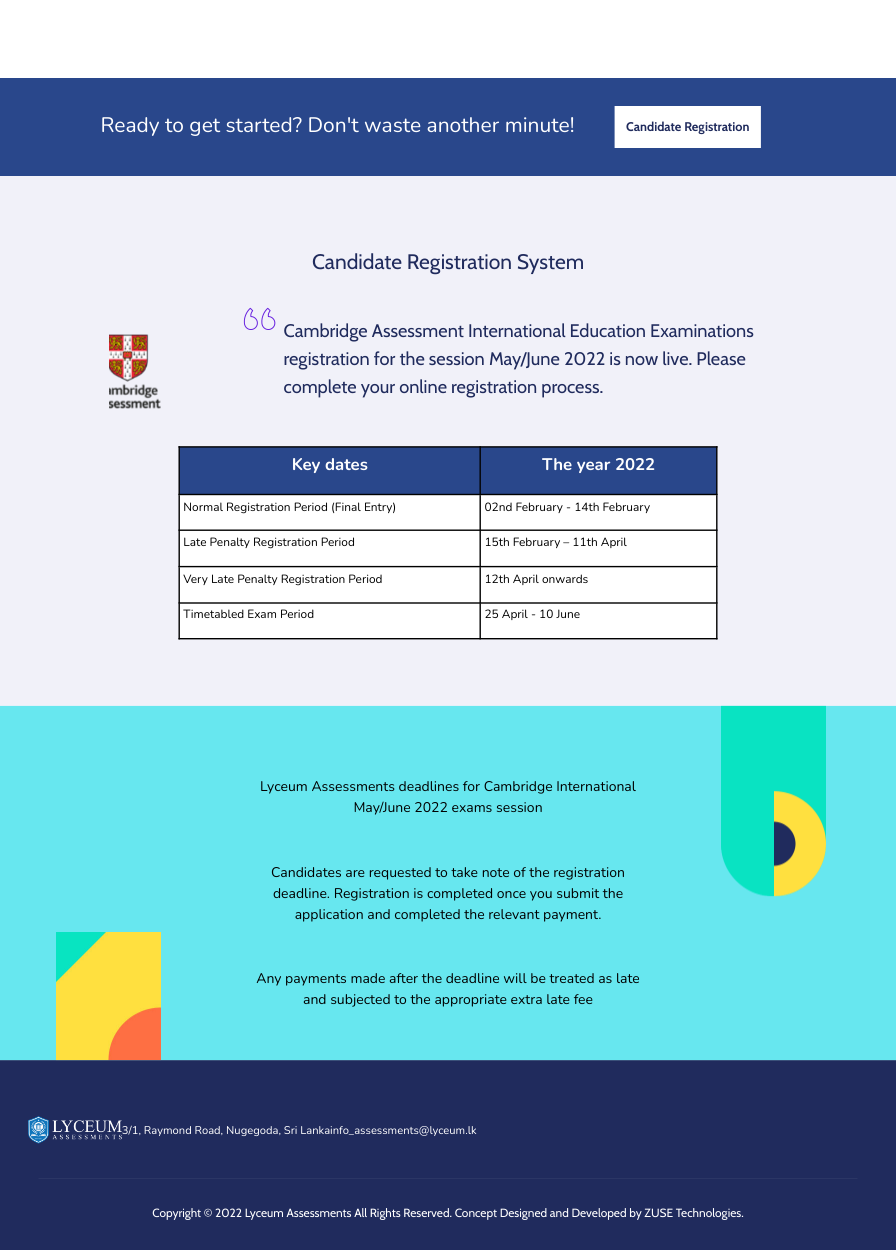
Repository: AXUSLK/LyceumAssessments-HTML
Page: index.html
These files come from the project's save history. The page is drawn as it stood at one moment and after a run of saves; the edit follows.
The browser window is 1280 px wide. The pictures show the part of the page from y = 2689 to 4609 px (the page is 4475 px tall before and 4609 px after), at 70% of full size.
Backgrounds fixed to the window are drawn as part of the page. Some web libraries are served in a nearby version.

Above is the page before, as saved 2022-01-31 14:15:45.

### index.html
<!DOCTYPE html>
<html lang="en">

<head>
	<!-- set the encoding of your site -->
	<meta charset="utf-8">
	<meta name="viewport" content="width=device-width, initial-scale=1.0">
	<!-- set the page title -->
	<title>Lyceum Assessments is a fully owned subsidiary of the Lyceum Group.</title>
	<!-- inlcude google cabin font cdn link -->
	<link
		href="https://fonts.googleapis.com/css2?family=Cabin:ital,wght@0,400;0,500;0,600;0,700;1,400;1,500;1,600;1,700&display=swap"
		rel="stylesheet">
	<!-- inlcude google nunito font cdn link -->
	<link
		href="https://fonts.googleapis.com/css2?family=Nunito:ital,wght@0,300;0,400;0,600;0,700;1,300;1,400;1,600;1,700&display=swap"
		rel="stylesheet">
	<!-- include the site bootstrap stylesheet -->
	<link rel="stylesheet" href="css/bootstrap.css">
	<!-- include the site stylesheet -->
	<link rel="stylesheet" href="style.css">
	<!-- include theme color setting stylesheet -->
	<link rel="stylesheet" href="css/colors.css">
	<!-- include the site responsive stylesheet -->
	<link rel="stylesheet" href="css/responsive.css">
</head>

<body>
	<!-- pageWrapper -->
	<div id="pageWrapper">
		<div class="phStickyWrap">

			<!-- pageHeader -->
			<header id="pageHeader" class="w-100 headerFixer">
				<div class="container">
					<!-- hdHolder -->
					<div class="hdHolder position-relative pt-2 pb-2 pt-lg-4 pb-lg-4 pt-xl-7 pb-xl-7">
						<div class="row">
							<div class="col-4 col-md-2">
								<!-- logo -->
								<div class="logo mt-1">
									<a href="javascript:void(0);">
										<img src="images/LYA__LOGO.png" class="img-fluid" alt="">
									</a>
								</div>
							</div>
							<div class="col-8 col-md-10 position-static">
								<!-- pageNav -->
								<nav id="pageNav"
									class="navbar navbar-expand-md navbar-dark justify-content-end p-0 align-items-start position-static">
									<!-- pageMainNavCollapse -->
									<div class="collapse navbar-collapse pageMainNavCollapse justify-content-end"
										id="pageMainNavCollapse">
										<!-- mainNavigation -->
										<ul class="navbar-nav mainNavigation fwSemi pt-md-2">
											<li class="nav-item">
												<a class="nav-link" href="#pageWrapper">Home <span
														class="sr-only">(current)</span></a>
											</li>
											<li class="nav-item">
												<a class="nav-link" href="#scrollToAbout">About Us</a>
											</li>
											<li class="nav-item">
												<a class="nav-link" href="#scrollToWhy">Why?</a>
											</li>
											<li class="nav-item">
												<a class="nav-link" href="#scrollToCambridge">Cambridge</a>
											</li>
											<li class="nav-item">
												<a class="nav-link" href="#scrollToContact">Contact Us</a>
											</li>
										</ul>
									</div>
									<!-- hdBtn -->
									<a href="javascript:void(0);"
										class="btn btn-info font-weight-normal text-capitalize hdBtn ml-md-3 ml-md-6 ml-lg-12 position-relative border-0 p-0"
										data-hover="Get Started">
										<span class="d-block btnText">Candidate Registration </span>
									</a>
									<!-- pageNavOpener -->
									<button class="navbar-toggler pageNavOpener ml-3" type="button"
										data-toggle="collapse" data-target="#pageMainNavCollapse"
										aria-controls="pageMainNavCollapse" aria-expanded="false"
										aria-label="Toggle navigation">
										<span class="navbar-toggler-icon"></span>
									</button>
								</nav>
							</div>
						</div>
					</div>
				</div>
			</header>
		</div>

		<main>

			<!-- Header -->
			<section class="introBlock d-flex w-100 position-relative text-white bg-secondary">
				<div class="w-100 d-flex align-items-center">
					<!-- ibHolder -->
					<div class="w-100 position-relative ibHolder py-19 py-md-23 py-xl-29">
						<div class="container">
							<div class="row align-items-center">
								<div class="col-12 col-md-6">
									<div class="captionWrap position-relative">
										<div class="wow fadeInUp" data-wow-delay="0.5s">
											<h1 class="text-white font-weight-bold mb-5"> The best route for your
												education
											</h1>
										</div>
										<div class="wow fadeInUp" data-wow-delay="1s">
											<p>Don't waste another minute, concentrate on your studies!</p>
										</div>
										<div class="wow fadeInUp" data-wow-delay="1.5s">
											<a href="#scrollToWhy"
												class="btn btn-info btnMin align-top mt-6 p-0 border-0 position-relative"
												data-hover="Why Us?">
												<span class="d-block btnText">Why?</span>
											</a>
										</div>
									</div>
								</div>
								<div class="col-12 col-md-6 d-none d-md-block imageWrap wow bounceInRight"
									data-wow-delay="2s">
									<!-- imgHolder -->
									<div class="imgHolder pl-7 pl-xl-12 position-relative">
										<img src="./images/header.png">
									</div>
								</div>
							</div>
						</div>
					</div>
				</div>
				<!-- svgBg -->
				<svg class="svgBg">
					<defs>
						<clipPath id="path01" clipPathUnits="objectBoundingBox">
							<path d="M 1 0 L 0.93 0 C 0.7 0.18 0.77 0.26 0.51 0.34 Q 0.36 0.38 0.52 1 L 1 1 Z"></path>
						</clipPath>
					</defs>
					<rect width="100%" height="100%" style="clip-path: url(#path01);" fill="#7730ef"></rect>
				</svg>
				<!-- ibBgPattern -->
				<span class="position-absolute w-100 h-100 ibBgPattern"
					style="background-image: url(images/bgShapes01.png);"></span>
			</section>

			<!-- Partners -->
			<aside class="sponsorsAside position-relative text-center">
				<div class="container">
					<div class="bg-white mt-n12 mt-md-n15 shadow-lg py-4 py-md-7">
						<!-- logosSlider -->
						<div class="logosSlider">

							<!-- slide -->
							<div>
								<!-- logoWrap -->
								<div class="logoWrap">
									<img src="images/lyceum_school.png" class="img-fluid" alt="stylus">
								</div>
							</div>
							<!-- slide -->
							<div>
								<!-- logoWrap -->
								<div class="logoWrap">
									<img src="images/lyceum_placements.png" class="img-fluid" alt="drkht">
								</div>
							</div>
							<!-- slide -->
							<div>
								<!-- logoWrap -->
								<div class="logoWrap">
									<img src="images/lyceum_assessments.png" class="img-fluid" alt="Brook.">
								</div>
							</div>

						</div>
					</div>
				</div>
			</aside>

			<!-- About -->
			<div id="scrollToAbout" class="mt-md-n12 mt-lg-n14 pt-md-12 pt-lg-14">
				<!-- featureBlock -->
				<section class="featureBlock pt-8 pt-md-13 pt-lg-19 pt-xl-23">
					<div class="container">
						<!-- afColumn -->
						<article class="afColumn mb-7 mb-md-11 mb-lg-18">
							<div class="row align-items-center">
								<div class="col-12 col-md-6 wow slideInRight">
									<div class="extraWrap pl-md-7 pl-lg-14">
										<!-- titleWrap -->
										<header class="titleWrap">
											<h3 class="mb-5">About Lyceum Assessments</h3>
											<p>Lyceum Assessments is a fully owned subsidiary of the Lyceum Group. We
												are focusing on
												conducting, administering and offering competitive international and
												Lyceum examinations to
												students island-wide.
											</p>
											<p>
												Lyceum Assessments (Pvt) Limited was incorporated as a private limited
												company under the
												Companies Act of Sri Lanka on 27th July 2021.</p>
										</header>
										<!-- afTabsList -->
										<ul class="nav nav-tabs afTabsList border-0 fontAlter fwMedium mt-8" id="myTab"
											role="tablist">
											<li class="nav-item" role="presentation">
												<a class="nav-link active" id="analytics-tab" data-toggle="tab"
													href="#analytics" role="tab" aria-controls="analytics"
													aria-selected="true">Our Vision</a>
											</li>
											<li class="nav-item" role="presentation">
												<a class="nav-link" id="traffic-tab" data-toggle="tab" href="#traffic"
													role="tab" aria-controls="traffic" aria-selected="false">Our
													Mission</a>
											</li>
										</ul>
										<!-- myTabContent -->
										<div class="tab-content" id="myTabContent">
											<div class="tab-pane fade show active" id="analytics" role="tabpanel"
												aria-labelledby="analytics-tab">
												<div class="mtctWrap overflow-hidden pt-5">
													<p>To become the market leader in the administration of assessments
														in the region.</p>
												</div>
											</div>
											<div class="tab-pane fade" id="traffic" role="tabpanel"
												aria-labelledby="traffic-tab">
												<div class="mtctWrap overflow-hidden pt-5">
													<p>To provide the expertise required to assess learning at different
														levels of education by making
														globally recognized awards and qualifications accessible &
														affordable to all while ensuring
														international quality standards.</p>
												</div>
											</div>
										</div>
									</div>
								</div>

								<div class="col-12 col-md-6 wow slideInLeft">
									<!-- imgHolder -->
									<div class="imgHolder position-relative mx-auto mb-4 mb-md-0">
										<img src="./images/about.png" class="img-fluid" alt="image description">
										<!-- bgPattern -->
										<span class="bgPattern position-absolute"
											style="background-image: url(images/bgShapes03.png);"></span>
									</div>
								</div>
							</div>
						</article>
					</div>
				</section>
			</div>

			<!-- allFeatBlock -->
			<section id="scrollToWhy" class="allFeatBlock pb-3 pb-lg-10 pb-xl-14">
				<div class="container">
					<!-- afColumnsWrap -->
					<div class="afColumnsWrap">
						<!-- afColumn -->
						<article class="afColumn mb-7 mb-md-11 mb-lg-18">
							<div class="row align-items-center">
								<div class="col-12 col-md-6 wow slideInLeft">
									<!-- imgHolder -->
									<div class="imgHolder position-relative mx-auto mb-4 mb-md-0">
										<img src="./images/lyceum_group.png" class="img-fluid" alt="image description">
										<!-- bgPattern -->
										<span class="bgPattern position-absolute"
											style="background-image: url(images/bgShapes03.png);"></span>
									</div>
								</div>
								<div class="col-12 col-md-6 wow slideInRight">
									<div class="extraWrap pl-md-7 pl-lg-14">
										<!-- titleWrap -->
										<header class="titleWrap">
											<h3 class="mb-5">The Lyceum Group</h3>
										</header>
										<p>
										<p>Lyceum group allows the students to grow with international ideals and
											character, in a multi-ethnic, multi-cultural and multi-religious, school
											environment. Academic and co-curricular programmes conducted by Lyceum
											International Schools, fully complying with international standards.</p>
										<p>The Honourable Dr. Mohan Lal Grero, a visionary educator founded Lyceum
											International Schools in 1993 to provide English medium education up to
											Grade 12. The school is non-profit organization, which is co-educational and
											committed to the pursuit of excellence in teaching and learning in the
											English medium, which is accessible and affordable to all within the
											socio-cultural environment of Sri Lanka.</p>
										<p>Lyceum Placements and Lyceum Assessments are the latest additions to the
											Lyceum Group</p>
										</p>
									</div>
								</div>
							</div>
						</article>
						<!-- afColumn -->
						<article class="afColumn mb-7 mb-md-11 mb-lg-18">
							<div class="row align-items-center">
								<div class="col-12 col-md-6 wow slideInLeft">
									<!-- imgHolder -->
									<div class="imgHolder position-relative mx-auto mb-4 mb-md-0">
										<img src="./images/cambridge.png" class="img-fluid" alt="image description">
										<!-- bgPattern -->
										<span class="bgPattern position-absolute"
											style="background-image: url(images/bgShapes03.png);"></span>
									</div>
								</div>
								<div class="col-12 col-md-6 wow slideInRight">
									<div class="extraWrap pr-md-7 pr-lg-14">
										<!-- titleWrap -->
										<header class="titleWrap">
											<h3 class="mb-5">Cambridge International Examinations</h3>
											<p>
											<p>Cambridge Assessment International Education prepares school students for
												life, helping them develop an informed curiosity and a lasting passion
												for learning.</p>
											<p>Cambridge international qualifications are recognized by the
												world&rsquo;s best universities and employers, giving students a wide
												range of options in their education and career. As a not-for-profit
												organization, Cambridge devotes their resources to delivering
												high-quality educational programs that can unlock learners' potential.
											</p>
											</p>
										</header>

									</div>
								</div>
							</div>
						</article>
					</div>
				</div>
			</section>

			<!-- tryPetAside -->
			<aside class="tryPetAside text-center text-white py-5 py-lg-8 wow pulse">
				<div class="container">
					<p class="mb-0">Ready to get started? Don't waste another minute! <a href="javascript:void(0);"
							class="btn btnWhite mt-3 mt-md-0 mx-md-4 mx-lg-10 btnMin p-0 border-0 position-relative"
							data-hover="Try it"><span class="d-block btnText">Candidate Registration</span></a></p>
				</div>
			</aside>

			<div id="scrollToCambridge" class="mt-md-n12 mt-lg-n14 pt-md-12 pt-lg-14 wow fadeIn" data-wow-delay="1s">
				<!-- testimonialsBlock -->
				<article
					class="testimonialsBlock bg-light pt-7 pb-5 pt-md-9 pb-md-7 pt-lg-14 pb-lg-12 pt-xl-21 pb-xl-19">
					<div class="container">
						<header class="text-center mb-8">
							<h2 class="h4 font-weight-normal">Candidate
								Registration System</h2>
						</header>
						<div class="row">
							<div class="col-12 col-md-10 offset-md-1">
								<!-- quotesSlider -->
								<div class="quotesSlider">
									<div>
										<!-- clientQuote -->
										<blockquote
											class="clientQuote fontAlter position-relative text-primary pt-25 pt-sm-0 pl-sm-40 pl-xl-50 mb-0">
											<q class="d-block position-relative mb-7 pt-4 pl-12 pl-sm-0">Cambridge
												Assessment International Education Examinations registration for the
												session May/June
												2022 is now live. Please complete your online registration
												process. </q>
											<cite class="d-block pl-12 pl-sm-0">
												<!-- profilePicWrap -->
												<span
													class="profilePicWrap position-absolute overflow-hidden rounded-circle">
													<img src="./images/cambridge_logo.png"
														class="img-fluid w-100 h-100 imgFit rounded-circle"
														alt="Donald Salvor || Global Initiative">
												</span>

											</cite>
										</blockquote>
									</div>
								</div>
							</div>
						</div>
						<div class="row">
							<div class="col-md-2"></div>
							<div class="col-md-8">
								<table class="infoTable">
									<tbody>
										<tr>
											<th width="298">
												<p><strong>Key dates</strong></p>
											</th>
											<th width="234">
												<p><strong>The year 2022</strong></p>
											</th>
										</tr>
										<tr>
											<td width="298">
												<p>Normal Registration Period (Final Entry)</p>
											</td>
											<td width="234">
												<p>02nd February - 14th February</p>
											</td>
										</tr>
										<tr>
											<td width="298">
												<p>Late Penalty Registration Period</p>
											</td>
											<td width="234">
												<p>15th February &ndash; 11th April</p>
											</td>
										</tr>
										<tr>
											<td width="298">
												<p>Very Late Penalty Registration Period</p>
											</td>
											<td width="234">
												<p>12th April onwards</p>
											</td>
										</tr>
										<tr>
											<td width="298">
												<p>Timetabled Exam Period</p>
											</td>
											<td width="234">
												<p>25 April - 10 June</p>
											</td>
										</tr>
									</tbody>
								</table>
							</div>
							<div class="col-md-2"></div>

						</div>

					</div>
				</article>
			</div>

			<!-- getStartedAside -->
			<aside
				class="getStartedAside textMedium position-relative d-flex w-100 bg-info text-center overflow-hidden">
				<div class="d-flex w-100 gsaHolder align-items-center">
					<div class="w-100 py-7">
						<div class="container">
							<div class="row">
								<div
									class="col-12 col-md-10 offset-md-1 col-lg-8 offset-lg-2 col-xl-6 offset-xl-3 wow wobble">
									<!-- <h1 class="h1Medium fontBase font-weight-normal mb-4">Let us help you with your
										design hassles</h1> -->

									<div class="infoTableP">
										<p>&nbsp;</p>
										<p>Lyceum Assessments deadlines for Cambridge International May/June 2022 exams
											session</p>
										<p>&nbsp;</p>
										<p>Candidates are requested to take note of the registration deadline.
											Registration
											is completed once you submit the application and completed the relevant
											payment.
										</p>
										<p>&nbsp;</p>
										<p>Any payments made after the deadline will be treated as late and subjected to
											the
											appropriate extra late fee</p>
									</div>

								</div>
							</div>
						</div>
					</div>
				</div>
				<span class="bgPattern bgPatterni inaccessible position-absolute wow bounceInDown" data-wow-delay="1s">
					<img src="images/bgShapes05.png" class="img-fluid" alt="image description">
				</span>
				<span class="bgPattern bgPatternii inaccessible position-absolute  wow bounceInUp" data-wow-delay="1s">
					<img src="images/bgShapes04.jpg" class="img-fluid" alt="image description">
				</span>
			</aside>

		</main>

		<!-- Footer -->
		<div class="ftAreaWrap bg-primary text-gray777fa1 wow fadeIn" data-wow-delay="0.5s">
			<!-- footerAside -->
			<aside id="scrollToContact"
				class="footerAside pt-20 pt-md-10 pt-lg-16 pb-1 pb-md-4 position-relative text-center text-sm-left">
				<div class="container">
					<div class="row">

						<div style="display: flex; justify-content: center; align-items: center;" class="">
							<!-- ftLogo -->
							<div class="ftLogo mb-6 mx-auto mx-md-0">
								<a href="javascript:void(0);">
									<img src="images/LYA__LOGO.png" class="img-fluid" alt="">
								</a>
							</div>
							<!-- ftAddress -->
							<address class="ftAddress text-center text-md-left mb-6 mt-6 mt-md-0">3/1, Raymond Road,
								Nugegoda, Sri Lanka</address>
							<br />
							<address class="ftAddress text-center text-md-left mb-6 mt-6 mt-md-0">
								info_assessments@lyceum.lk</address>
						</div>

					</div>
				</div>
			</aside>
			<!-- pageFooter -->
			<footer id="pageFooter" class="text-center fontAlter">
				<div class="container">
					<!-- pfHolder -->
					<div class="pfHolder pt-7 pb-5">
						<p>Copyright © 2022 Lyceum Assessments All Rights
							Reserved. Concept Designed and Developed by
							<a target="_blank" href="https://zuse.lk/">ZUSE Technologies.</a>
						</p>
					</div>
				</div>
			</footer>
		</div>

	</div>
	<!-- include jQuery library -->
	<script src="js/jquery-3.4.1.min.js"></script>
	<!-- include bootstrap popper JavaScript -->
	<script src="js/popper.min.js"></script>
	<!-- include bootstrap JavaScript -->
	<script src="js/bootstrap.min.js"></script>
	<!-- include custom JavaScript -->
	<script src="js/jqueryCustom.js"></script>
	<!-- include fontAwesome -->
	<script src="https://kit.fontawesome.com/391f644c42.js"></script>
</body>

</html>

### css/colors.css
.btnTheme .btnText,
#pageHeader.fixedPosition,
.featColumn:before,
.tryPetAside,
.ftSocialNetworks > li > a:hover {
	background-color: #29478b;
}

.btnTheme:before,
.afDefList .icn,
.afTabsList .nav-link.active,
.clientQuote q:before,
.tickList > li:before {
	color: #6720df;
}

.btnTheme:before,
.btnTheme .btnText,
.afTabsList .nav-link.active {
	border-color: #6720df;
}

Loaded but not shown: css/bootstrap.css (library); js/jquery-3.4.1.min.js (library); js/popper.min.js (library); js/bootstrap.min.js (library); js/jqueryCustom.js (771 lines, source omitted); style.css (4752 lines, source omitted); css/responsive.css (209 lines, source omitted)

After the next 2 saves:
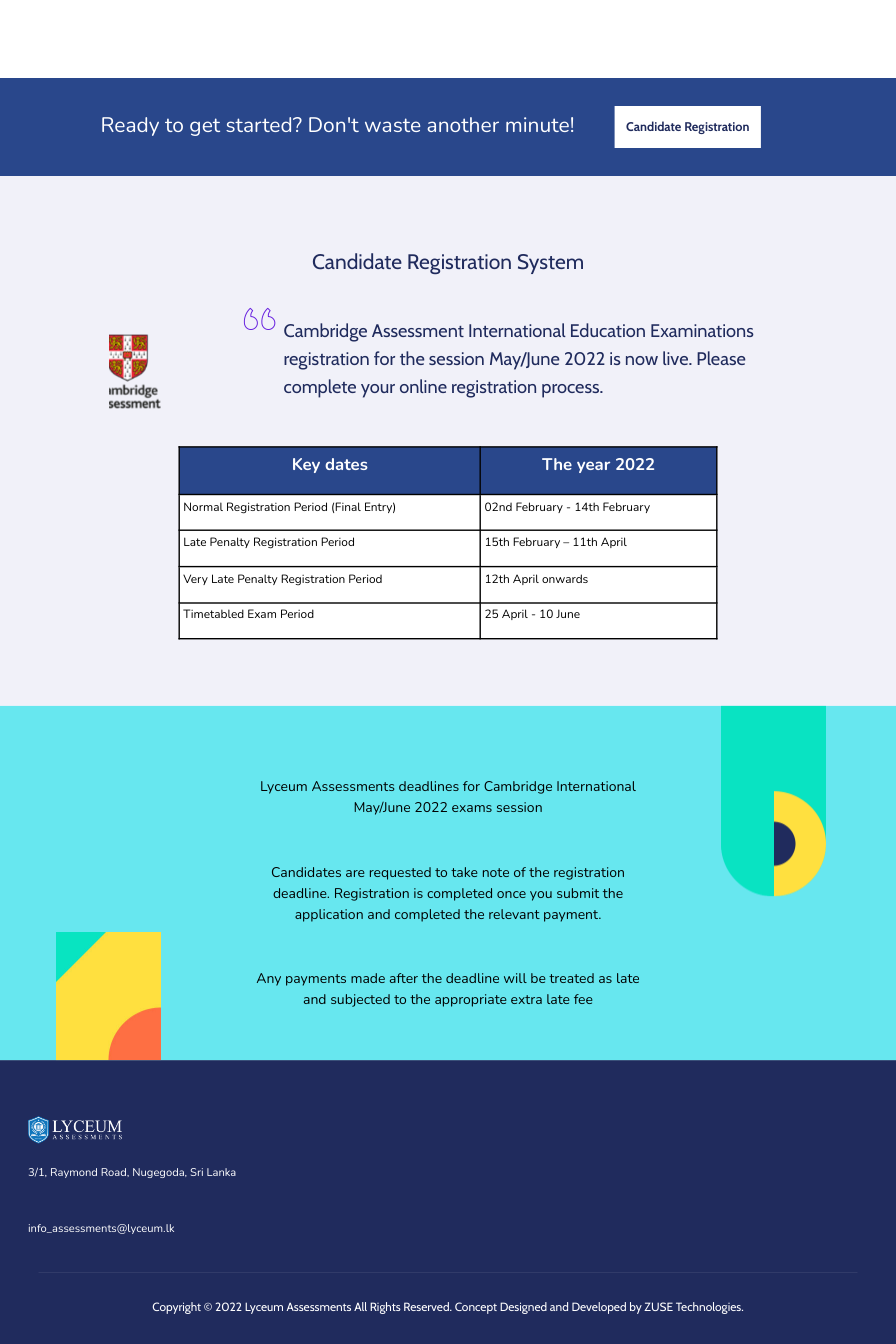
The 2 saves are shown as one change because they came seconds apart.
The last was saved 19 s later.
--- a/index.html
+++ b/index.html
@@ -487,7 +487,7 @@
 				<div class="container">
 					<div class="row">
 
-						<div style="display: flex; justify-content: center; align-items: center;" class="">
+						<div class="">
 							<!-- ftLogo -->
 							<div class="ftLogo mb-6 mx-auto mx-md-0">
 								<a href="javascript:void(0);">
